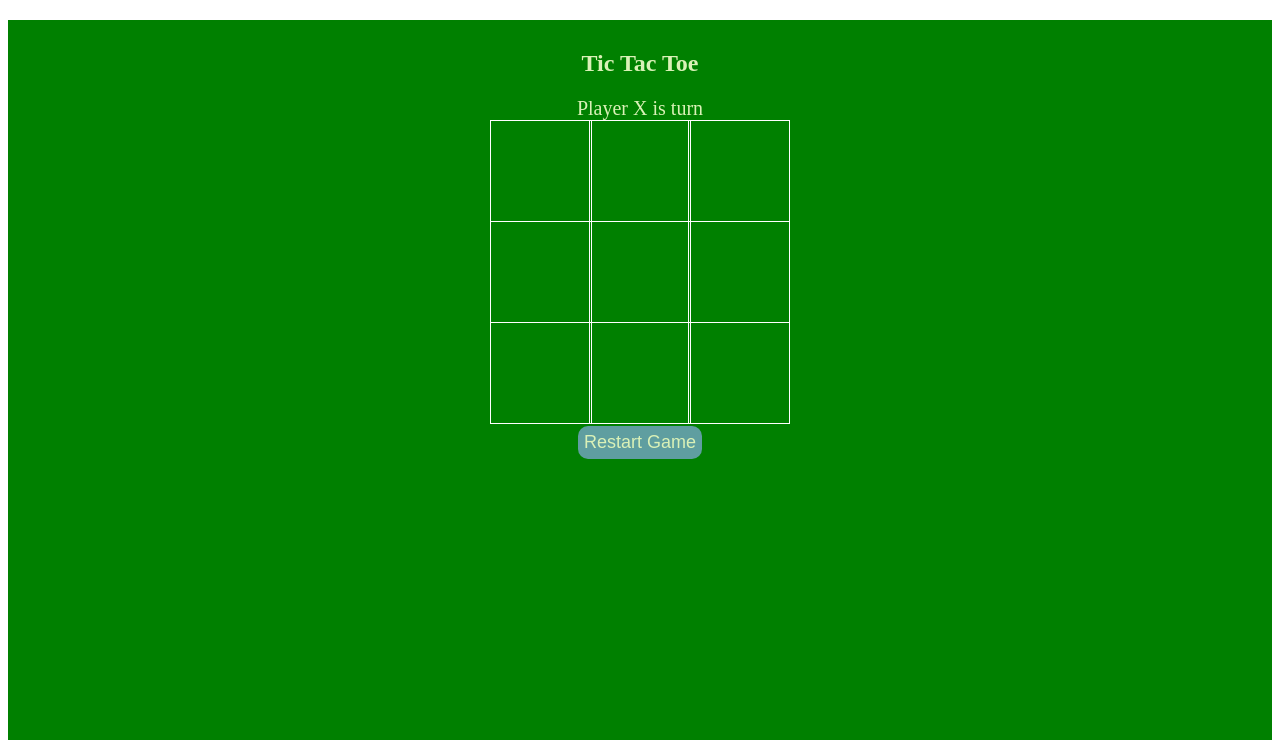
Repository: AnahitKhechumyan/tictac
Page: index.html
The author's editor kept a copy of each file at every save. The page is drawn from the files as they stood at one save, then again after the next save.
The browser window is 1280 px wide. The pictures show the whole page.

Above is the page before, as saved 2022-02-07 01:16:49.

After the next save:
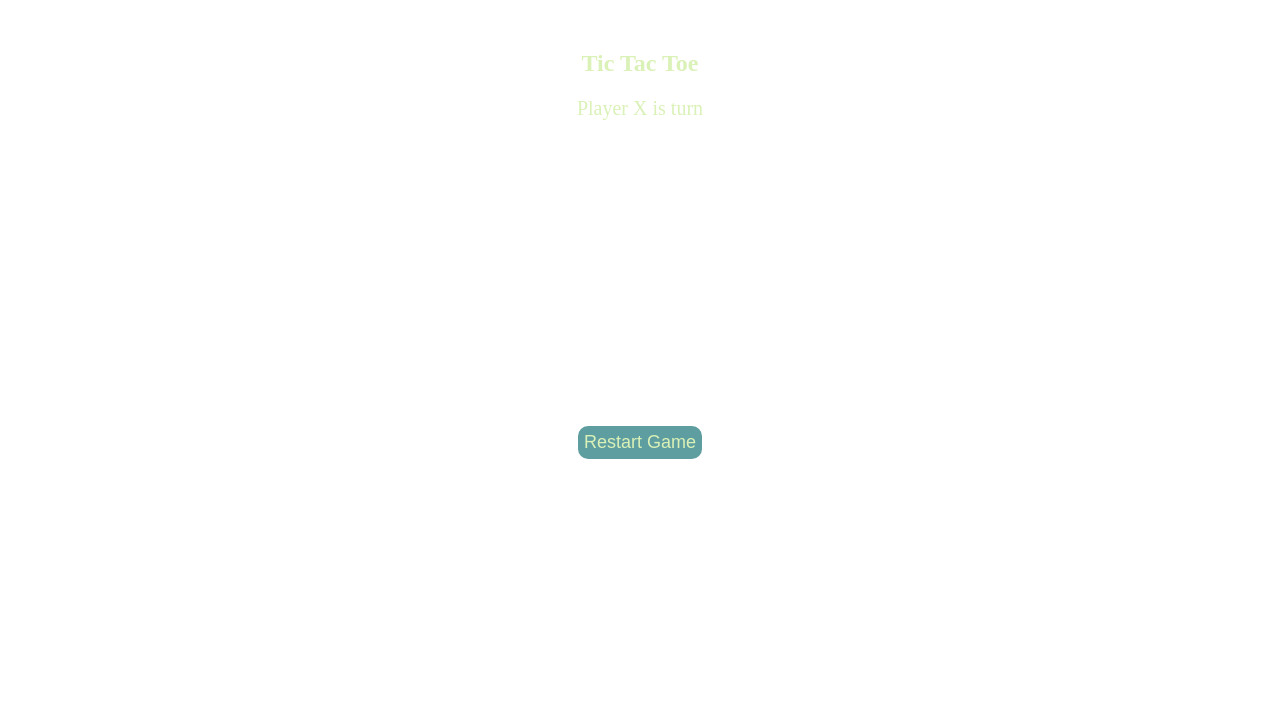
Saved 4 min 43 s later.
--- a/style.css
+++ b/style.css
@@ -1,4 +1,4 @@
-.green{
+.background{
     background-color: green;
     width: 100%;
     height:100vh;

After the save that followed:
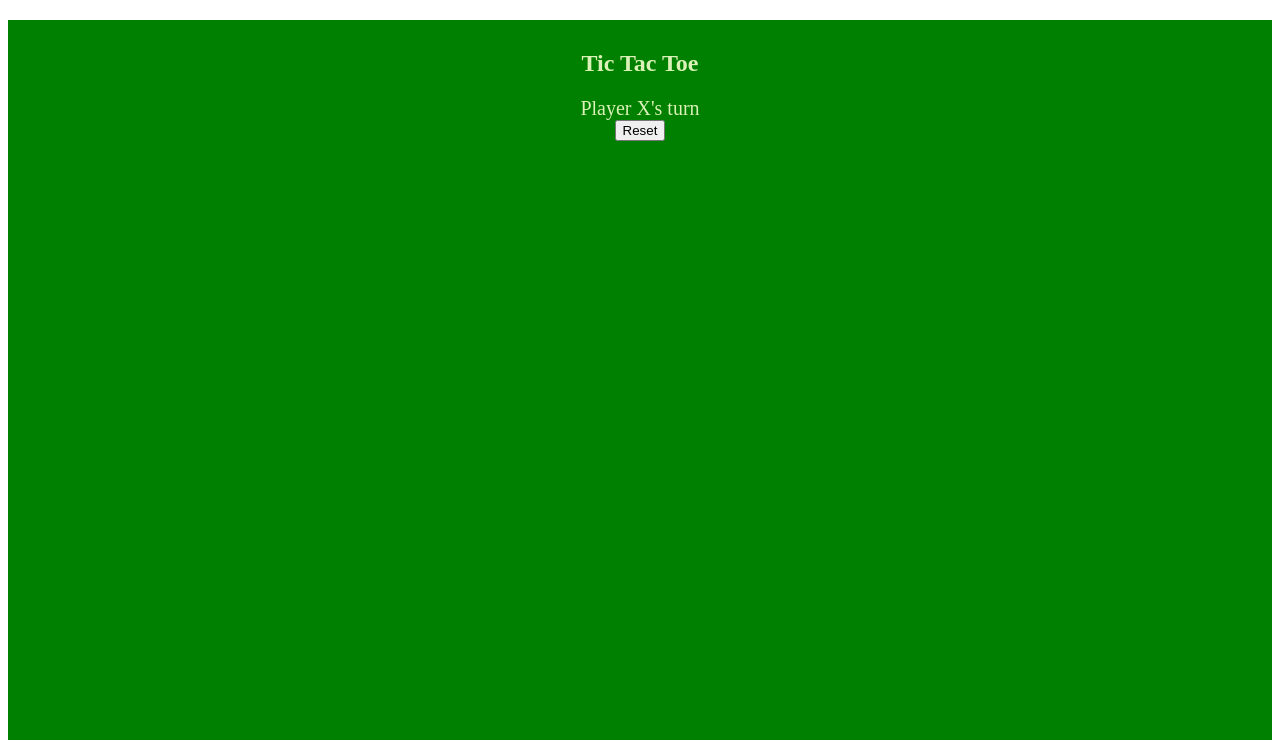
Console error: TypeError: Cannot read properties of null (reading 'addEventListener')
Saved 3 min 7 s later.
--- a/index.html
+++ b/index.html
@@ -4,12 +4,38 @@
     <meta charset="UTF-8">
     <meta http-equiv="X-UA-Compatible" content="IE=edge">
     <meta name="viewport" content="width=device-width, initial-scale=1.0">
-    <link rel="stylesheet" href="./style.css">
-    <script src ="./script.js"></script>
+    <link rel="stylesheet" href="style.css">
+    <link rel="preconnect" href="https://fonts.gstatic.com">
+    <link href="https://fonts.googleapis.com/css2?family=Itim&display=swap" rel="stylesheet">
+    <script src="./script.js"></script>
     <title>TIC TAC TOE</title>
 </head>
 <body>
-    <main class= "green">
+
+    <main class="background">
+        <section class="title">
+            <h1>Tic Tac Toe</h1>
+        </section>
+        <section class="display">
+            Player <span class="display-player playerX">X</span>'s turn
+        </section>
+        <section class="container">
+            <div class="tile"></div>
+            <div class="tile"></div>
+            <div class="tile"></div>
+            <div class="tile"></div>
+            <div class="tile"></div>
+            <div class="tile"></div>
+            <div class="tile"></div>
+            <div class="tile"></div>
+            <div class="tile"></div>
+        </section>
+        <section class="display announcer hide"></section>
+        <section class="controls">
+            <button id="reset">Reset</button>
+        </section>
+    </main>
+    <!--<main class= "green">
         <section class="title"><h1>Tic Tac Toe</h1></section>
         <section class="display">Player <span class = "display-player playerX"> X </span> is turn</section>
         <section class="container">
@@ -30,7 +56,7 @@
         </section>
 
     </main>
-    <script  src="script.js"></script>
+    <script  src="script.js"></script>-->
 
 </body>
 </html>
